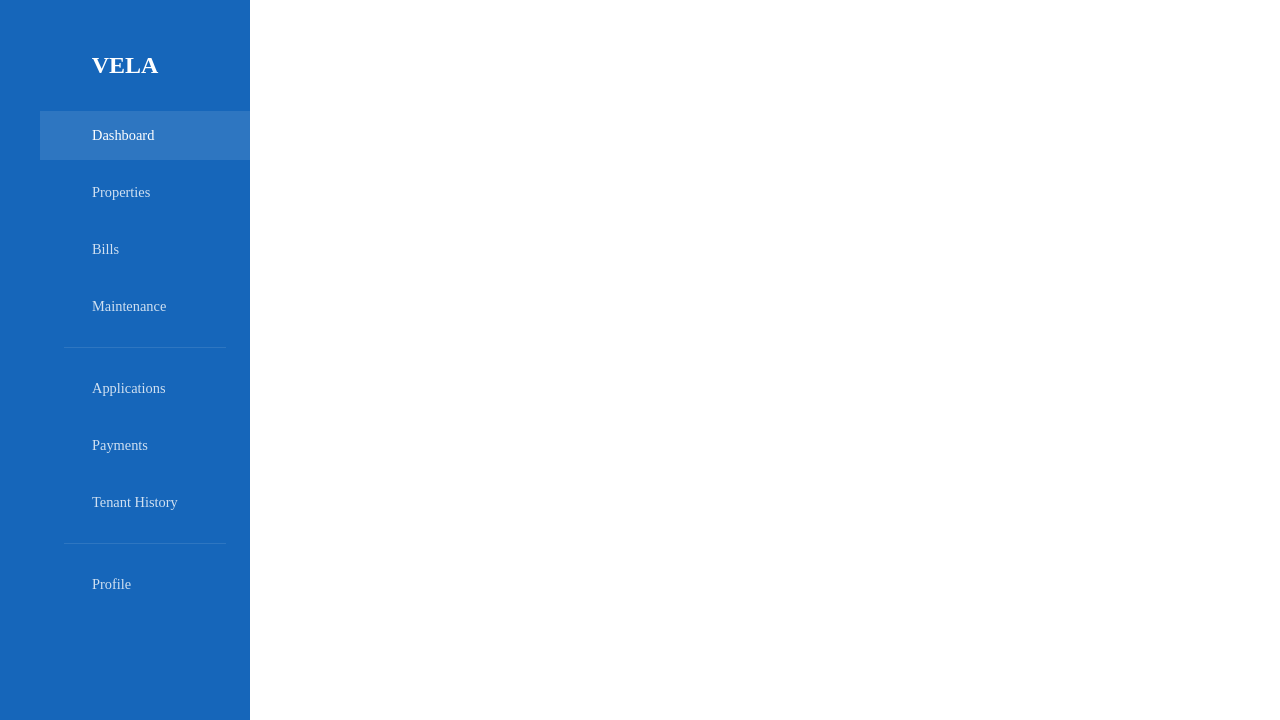
Repository: rizzerk/vela
Page: includes/navbar/landlord-sidebar.html
An editor plug-in stored every save of this project. The page is shown before and after the next save, followed by the edit.
The browser window is 1280 px wide. The pictures show the whole page.

Above is the page before, as saved 2025-07-15 16:27:17.

### includes/navbar/landlord-sidebar.html
<div class="sidebar">
    <div class="sidebar-header">
        <h2>VELA</h2>
    </div>
    <ul class="nav-menu">
        <!-- Core Management -->
        <li class="nav-item">
            <a href="dashboard.php" class="nav-link active">
                <i class="fas fa-tachometer-alt"></i>
                Dashboard
            </a>
        </li>
        <li class="nav-item">
            <a href="properties.php" class="nav-link">
                <i class="fas fa-building"></i>
                Properties
            </a>
        </li>
        <li class="nav-item">
            <a href="bills.php" class="nav-link">
                <i class="fas fa-chart-line"></i>
                Bills
            </a>
        </li>
        <li class="nav-item">
            <a href="maintenance-req.php" class="nav-link">
                <i class="fas fa-tools"></i>
                Maintenance
            </a>
        </li>

        <div class="nav-divider"></div>

        <!-- Tenant Management -->
        <li class="nav-item">
            <a href="applications.php" class="nav-link">
                <i class="fas fa-file-alt"></i>
                Applications
            </a>
        </li>
        <li class="nav-item">
            <a href="tenant-payments.php" class="nav-link">
                <i class="fas fa-receipt"></i>
                Payments
            </a>
        </li>
        <li class="nav-item">
            <a href="tenant-history.php" class="nav-link">
                <i class="fas fa-history"></i>
                Tenant History
            </a>
        </li>

        <div class="nav-divider"></div>

        <!-- Account -->
        <li class="nav-item">
            <a href="#" class="nav-link">
                <i class="fas fa-user"></i>
                Profile
            </a>
        </li>
    </ul>
</div>

<style>
.sidebar {
    position: fixed;
    left: 0;
    top: 0;
    width: 250px;
    height: 100vh;
    background: #1666ba;
    padding: 2rem 0;
    z-index: 1000;
}

.sidebar-header {
    text-align: center;
    margin-bottom: 2rem;
    padding: 0 1rem;
}

.sidebar-header h2 {
    color: white;
    font-size: 1.5rem;
    font-weight: 700;
}

.nav-menu {
    list-style: none;
}

.nav-item {
    margin-bottom: 0.5rem;
}

.nav-link {
    display: flex;
    align-items: center;
    padding: 1rem 1.5rem;
    color: rgba(255, 255, 255, 0.8);
    text-decoration: none;
    transition: all 0.3s ease;
    font-size: 0.9rem;
}

.nav-link:hover,
.nav-link.active {
    background: rgba(255, 255, 255, 0.1);
    color: white;
}

.nav-link i {
    margin-right: 0.75rem;
    width: 16px;
}

.nav-divider {
    height: 1px;
    background: rgba(255, 255, 255, 0.1);
    margin: 1rem 1.5rem;
}

.main-content {
    margin-left: 250px;
}

@media (max-width: 1024px) {
    .sidebar {
        width: 200px;
    }

    .main-content {
        margin-left: 200px;
    }
}

@media (max-width: 768px) {
    .sidebar {
        transform: translateX(-100%);
        transition: transform 0.3s ease;
    }

    .main-content {
        margin-left: 0;
    }
}
</style>

After the next save:
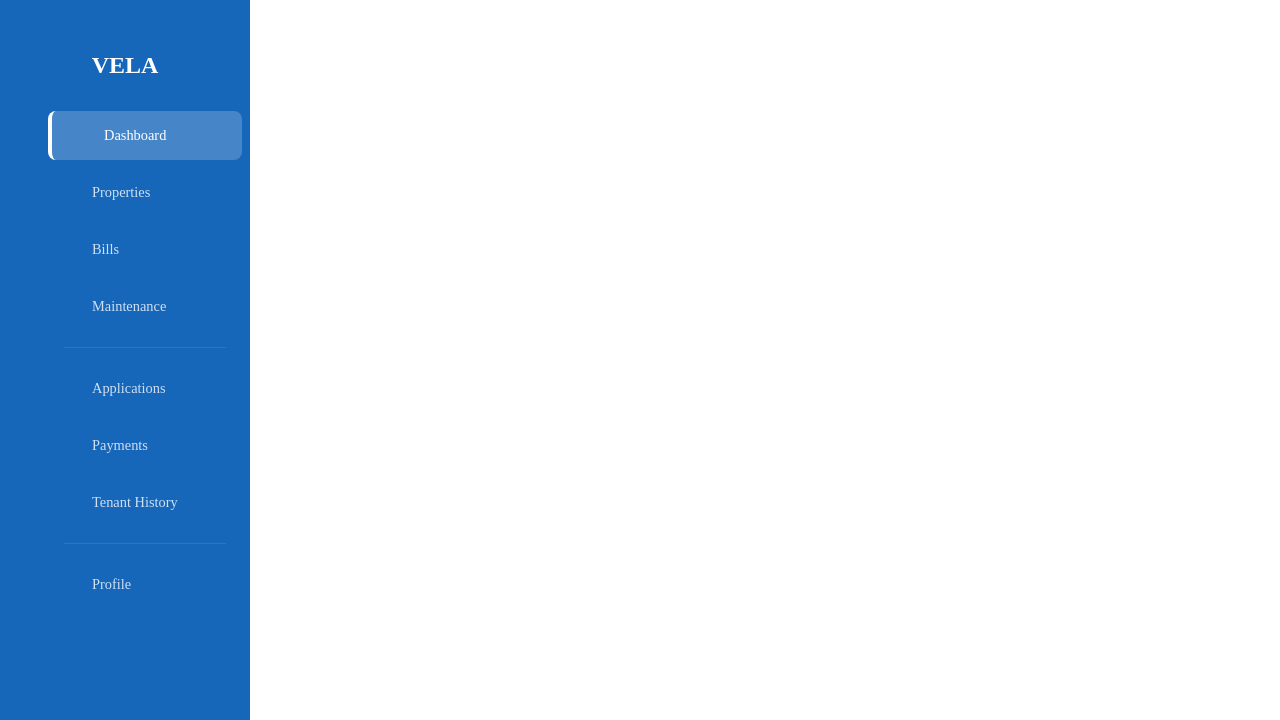
Saved 75 s later.
--- a/includes/navbar/landlord-sidebar.html
+++ b/includes/navbar/landlord-sidebar.html
@@ -105,10 +105,19 @@
     font-size: 0.9rem;
 }
 
-.nav-link:hover,
-.nav-link.active {
+.nav-link:hover {
     background: rgba(255, 255, 255, 0.1);
     color: white;
+    border-radius: 8px;
+    margin: 0 0.5rem;
+}
+
+.nav-link.active {
+    background: rgba(255, 255, 255, 0.2);
+    color: white;
+    border-radius: 8px;
+    margin: 0 0.5rem;
+    border-left: 4px solid white;
 }
 
 .nav-link i {
